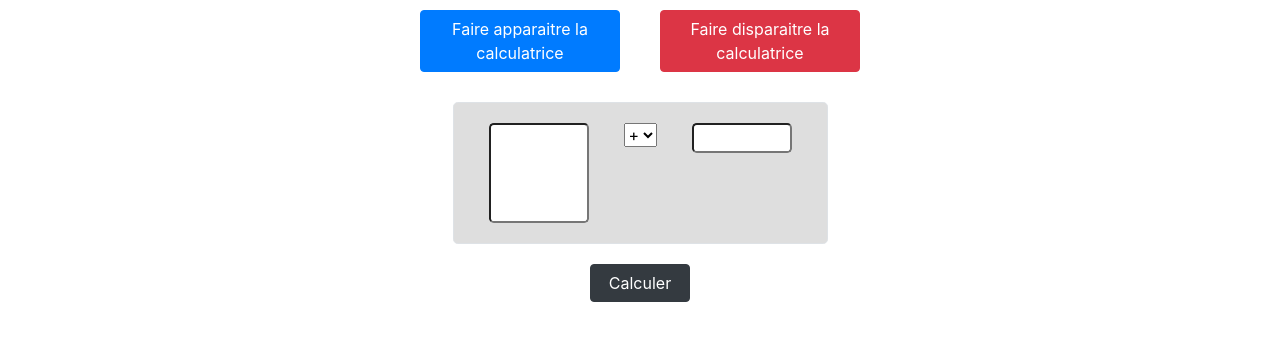
Repository: julieLyM/calculatrice
Page: calculatrice.html
The author's editor kept a copy of each file at every save. The page is drawn from the files as they stood at one save, then again after a run of saves.
The browser window is 1280 px wide. The pictures show the whole page.

Above is the page before, as saved 2020-12-08 15:40:18.

After the next 2 saves:
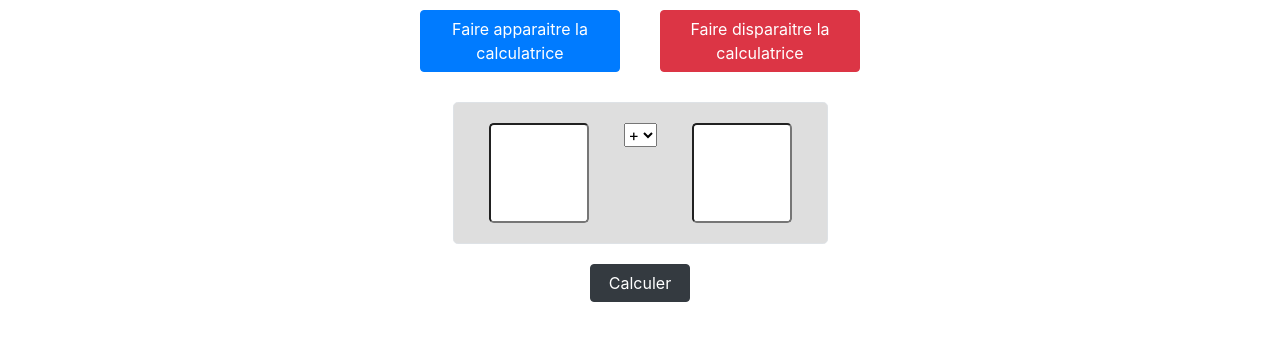
The 2 saves are shown as one change because they came seconds apart.
The last was saved 16 s later.
--- a/calculatrice.html
+++ b/calculatrice.html
@@ -30,7 +30,7 @@
             </select>
           </div>
           <div class="col">
-            <input type="text" class="rounded-lg"  id="nombre2" style="width: 100px;">
+            <input type="text" class="rounded-lg"  id="nombre2" style="width: 100px; height: 100px;">
           </div>
           <br>
           <br>
